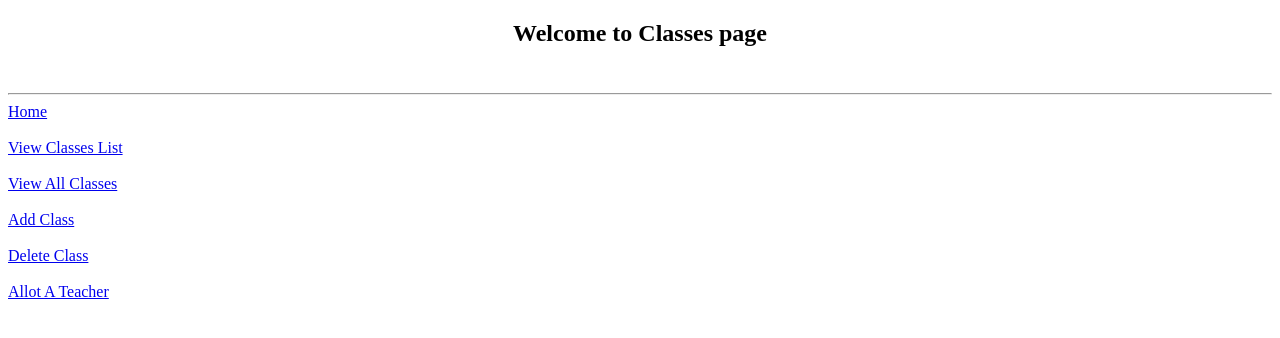
Repository: mdzeyan/JavaFSD-phase2-project
Page: Learners_Academy/src/main/webapp/Classes.html
An editor plug-in stored every save of this project. The page is shown before and after the next save, followed by the edit.
The browser window is 1280 px wide. The pictures show the whole page.

Above is the page before, as saved 2022-03-31 12:34:26.

After the next save:
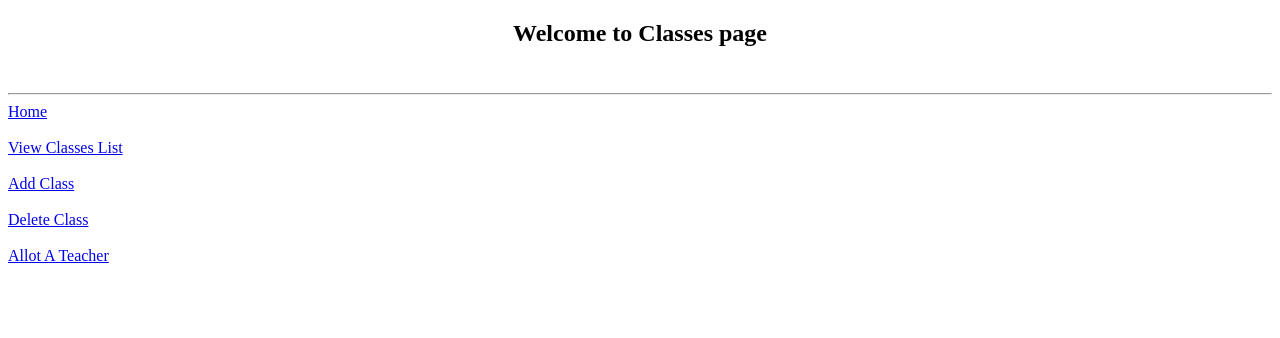
Saved 48 min 59 s later.
--- a/Learners_Academy/src/main/webapp/Classes.html
+++ b/Learners_Academy/src/main/webapp/Classes.html
@@ -14,8 +14,6 @@
 	<br><br>
 	<a href="ViewClassList.html">View  Classes List</a>
 	<br><br>
-	<a href="ViewAllClass.html">View All Classes</a>
-	<br><br>
 	<a href="AddClass.html">Add Class</a>
 	<br><br>
 	<a href="DeleteClass.html">Delete Class</a>
